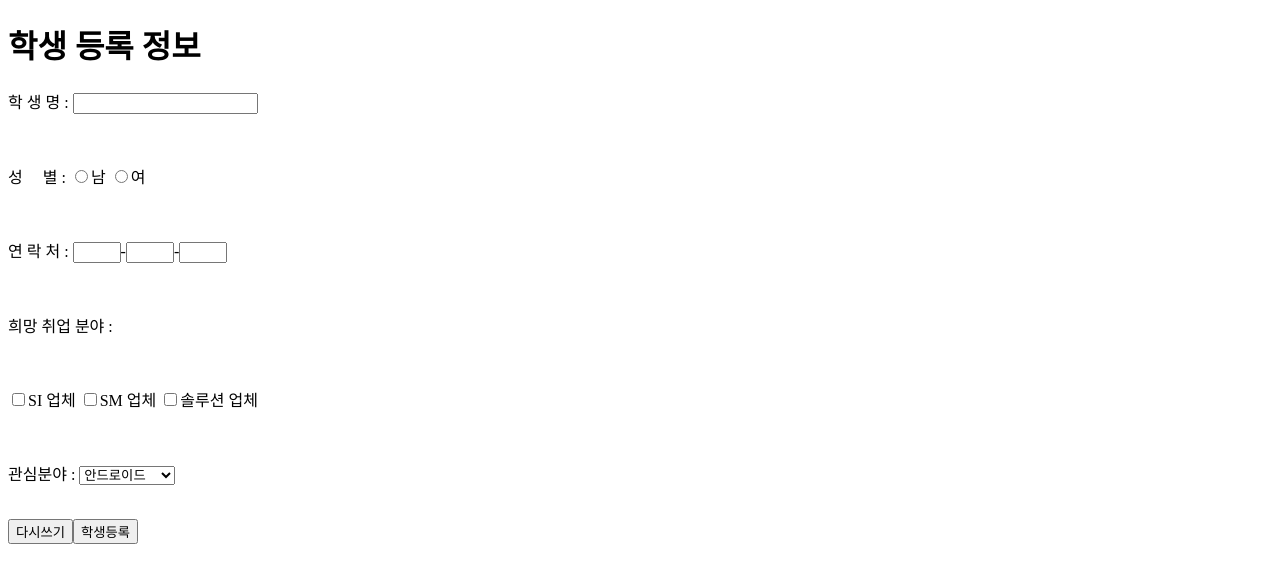
Repository: ddochiisrich/Ddochi-Web
Page: http://localhost/JSPStudyCh04Exam/jspFormData02.jsp
An editor plug-in stored every save of this project. The page is shown before and after the next save, followed by the edit.
The browser window is 1280 px wide. The pictures show the whole page.
The page is served by Tomcat 9. Other server files are loaded and not shown.

Above is the page before, as saved 2024-04-04 13:09:17.

### JSPStudyCh04Exam/src/main/webapp/jspFormData02.jsp
<%@ page language="java" contentType="text/html; charset=UTF-8"
    pageEncoding="UTF-8"%>
<!DOCTYPE html>
<html>
<head>
<meta charset="UTF-8">
<title>Insert title here</title>

<style>
.phone1, .phone2, .phone3{
	width:40px
}
</style>

</head>
<body>
	<form name="studentInfo" action="studentInfo">
		<h1>학생 등록 정보</h1>
		<p>학&nbsp;생&nbsp;명 : <input type="text" name="name"></p><br>
		<p>성&nbsp;&nbsp;&nbsp;&nbsp;&nbsp;별 : <input type="radio" name="gender" value="male">남 <input type="radio" name="gender" value="female">여</p><br>
		<p>연&nbsp;락&nbsp;처 : <input type="text" name="phone1" class="phone1">-<input type="text" name="phone2" class="phone2">-<input type="text" name="phone3" class="phone3"></p><br>
		<p>희망 취업 분야 :</p><br>
		<p><input type="checkbox" name="si">SI 업체&nbsp;<input type="checkbox" name="sm">SM 업체&nbsp;<input type="checkbox" name="solution">솔루션 업체</p><br>
		<p>관심분야 : <select>
					<option>안드로이드</option>
					<option>자바스크립트</option>
					<option>스프링</option>
					<option>제이쿼리</option>
				</select></p><br>

		<input type="reset" value="다시쓰기"><input type="submit" value="학생등록">
	</form>
</body>
</html>

After the next save:
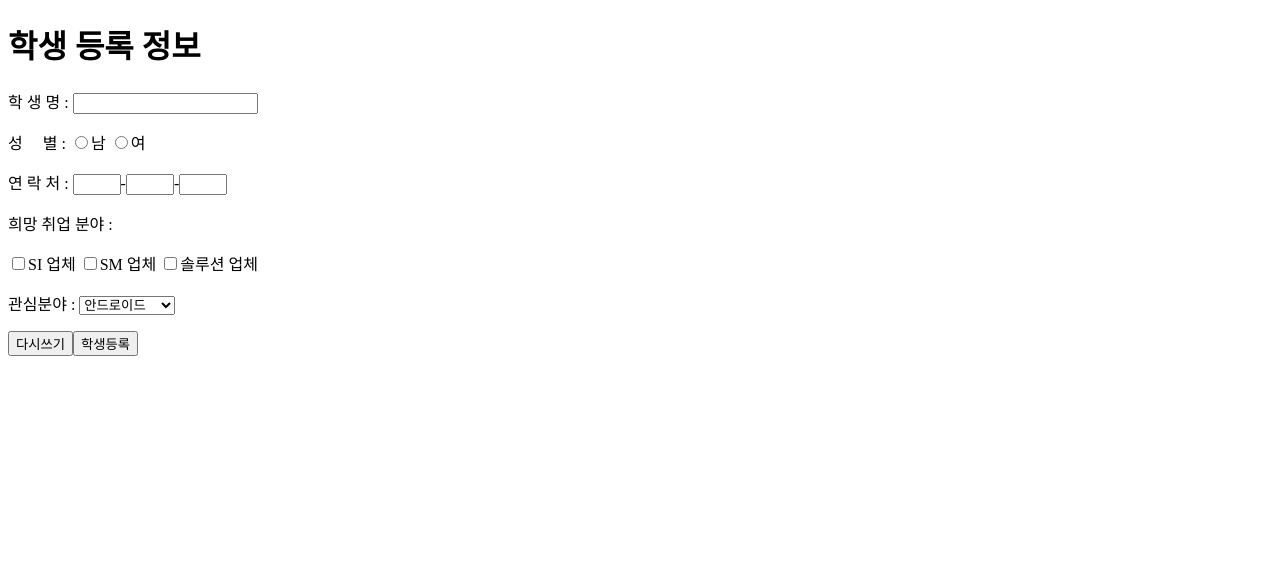
Saved 38 s later.
--- a/JSPStudyCh04Exam/src/main/webapp/jspFormData02.jsp
+++ b/JSPStudyCh04Exam/src/main/webapp/jspFormData02.jsp
@@ -16,17 +16,17 @@
 <body>
 	<form name="studentInfo" action="studentInfo">
 		<h1>학생 등록 정보</h1>
-		<p>학&nbsp;생&nbsp;명 : <input type="text" name="name"></p><br>
-		<p>성&nbsp;&nbsp;&nbsp;&nbsp;&nbsp;별 : <input type="radio" name="gender" value="male">남 <input type="radio" name="gender" value="female">여</p><br>
-		<p>연&nbsp;락&nbsp;처 : <input type="text" name="phone1" class="phone1">-<input type="text" name="phone2" class="phone2">-<input type="text" name="phone3" class="phone3"></p><br>
-		<p>희망 취업 분야 :</p><br>
-		<p><input type="checkbox" name="si">SI 업체&nbsp;<input type="checkbox" name="sm">SM 업체&nbsp;<input type="checkbox" name="solution">솔루션 업체</p><br>
+		<p>학&nbsp;생&nbsp;명 : <input type="text" name="name"></p>
+		<p>성&nbsp;&nbsp;&nbsp;&nbsp;&nbsp;별 : <input type="radio" name="gender" value="male">남 <input type="radio" name="gender" value="female">여</p>
+		<p>연&nbsp;락&nbsp;처 : <input type="text" name="phone1" class="phone1">-<input type="text" name="phone2" class="phone2">-<input type="text" name="phone3" class="phone3"></p>
+		<p>희망 취업 분야 :</p>
+		<p><input type="checkbox" name="si">SI 업체&nbsp;<input type="checkbox" name="sm">SM 업체&nbsp;<input type="checkbox" name="solution">솔루션 업체</p>
 		<p>관심분야 : <select>
 					<option>안드로이드</option>
 					<option>자바스크립트</option>
 					<option>스프링</option>
 					<option>제이쿼리</option>
-				</select></p><br>
+				</select></p>
 
 		<input type="reset" value="다시쓰기"><input type="submit" value="학생등록">
 	</form>
